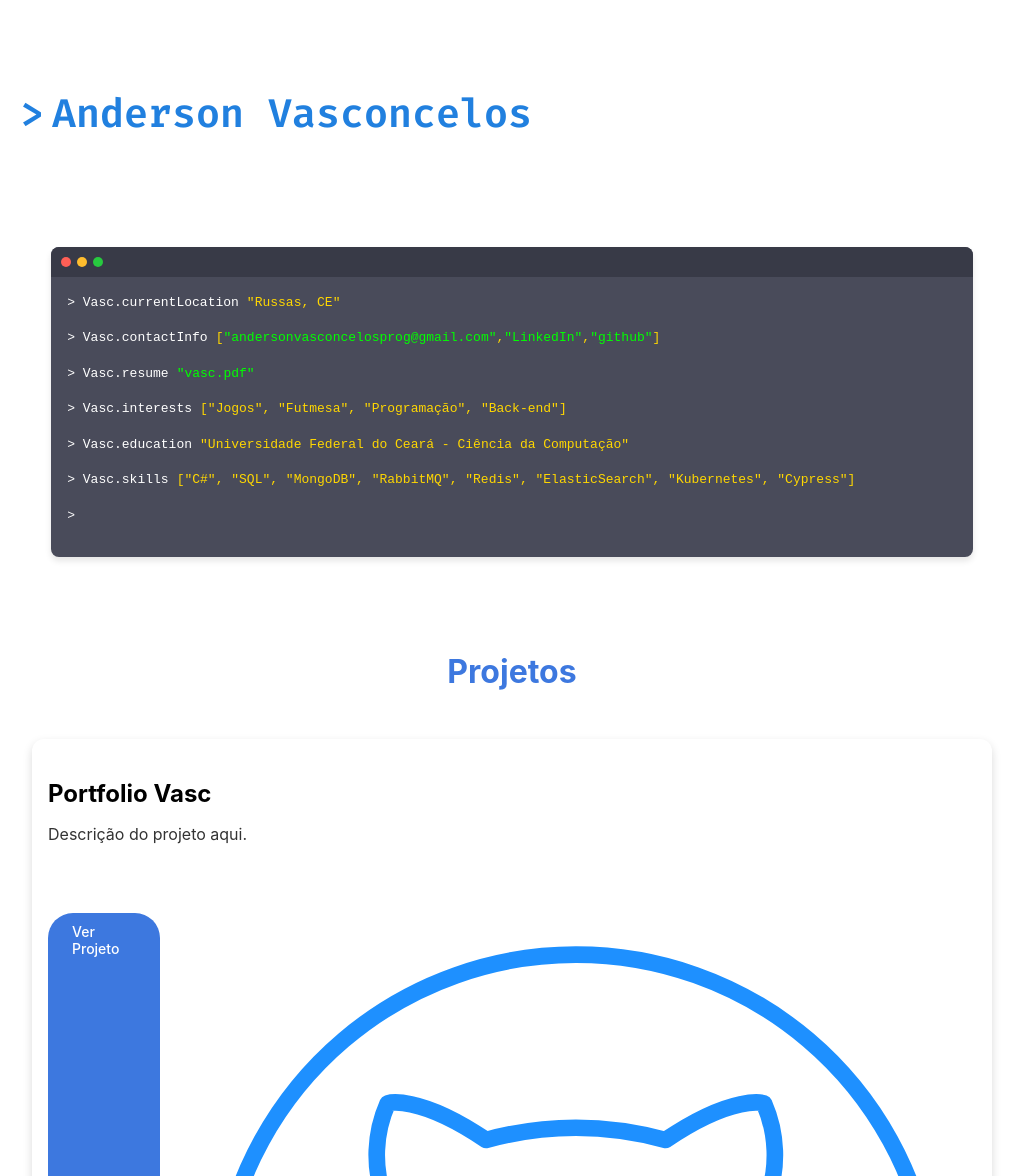
Repository: vascsx/portfolio_vascsx
Page: /
These files come from the project's save history. The page is drawn as it stood at one moment and after the next save; the edit follows.
The browser window is 1024 px wide. The pictures show the part of the page from y = 0 to 1176 px (the page is 5755 px tall before and 3665 px after).
The project was rebuilt for these pictures with package versions that can differ from the ones it lists, and the page was loaded fresh each time.

Above is the page before, as saved 2025-03-15 15:05:22.

After the next save:
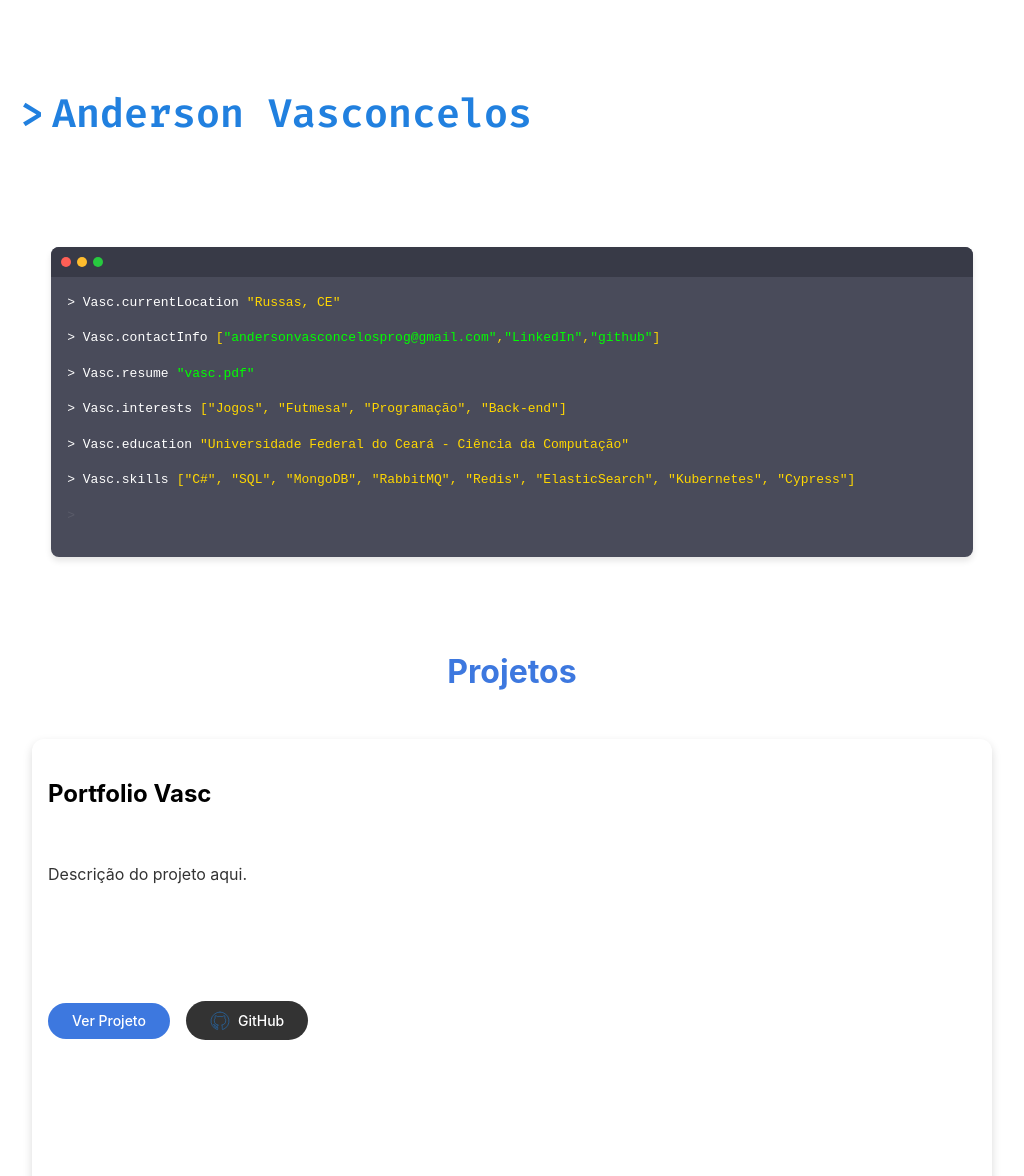
Saved 26 s later.
--- a/src/components/Projects.css
+++ b/src/components/Projects.css
@@ -21,7 +21,7 @@
 
 .project-card {
   display: flex;
-  flex-direction: row;  /* Alterado para row (linha) */
+  flex-direction: row;  /* Alterado para manter o layout horizontal */
   gap: 2rem;
   border-radius: 12px;
   overflow: hidden;
@@ -34,6 +34,10 @@
 .project-info {
   flex: 1;  /* Ocupa o espaço restante */
   padding: 1rem;
+  display: flex;
+  flex-direction: column;
+  justify-content: flex-start;
+  gap: 1.5rem;
 }
 
 .project-info h3 {
@@ -66,6 +70,7 @@
 .project-buttons {
   display: flex;
   gap: 1rem;
+  align-items: center;
 }
 
 .btn-source {
@@ -84,9 +89,33 @@
   transform: translateY(-2px);
 }
 
+.btn-github {
+  display: inline-flex;
+  align-items: center;
+  padding: 0.6rem 1.5rem;
+  background: #333;
+  color: white;
+  border-radius: 25px;
+  text-decoration: none;
+  font-size: 0.875rem;
+  font-weight: 500;
+  transition: all 0.2s ease;
+}
+
+.btn-github .github-icon {
+  margin-right: 0.5rem;
+  width: 20px;
+  height: 20px;
+}
+
+.btn-github:hover {
+  background: rgba(51, 51, 51, 0.8);
+  transform: translateY(-2px);
+}
+
 .project-video {
-  flex: 1;  /* O vídeo ocupa o outro lado */
-  max-width: 800px;  /* Definir a largura máxima do vídeo */
+  flex: 1;
+  max-width: 800px;
   width: 100%;
 }
 
@@ -96,10 +125,9 @@
   border-radius: 12px;
 }
 
-/* Responsividade */
 @media (max-width: 1024px) {
   .project-card {
-    flex-direction: column;  /* Para telas menores, o layout será empilhado */
+    flex-direction: column;  /* Empilhar os elementos em telas menores */
   }
 
   .project-video {
